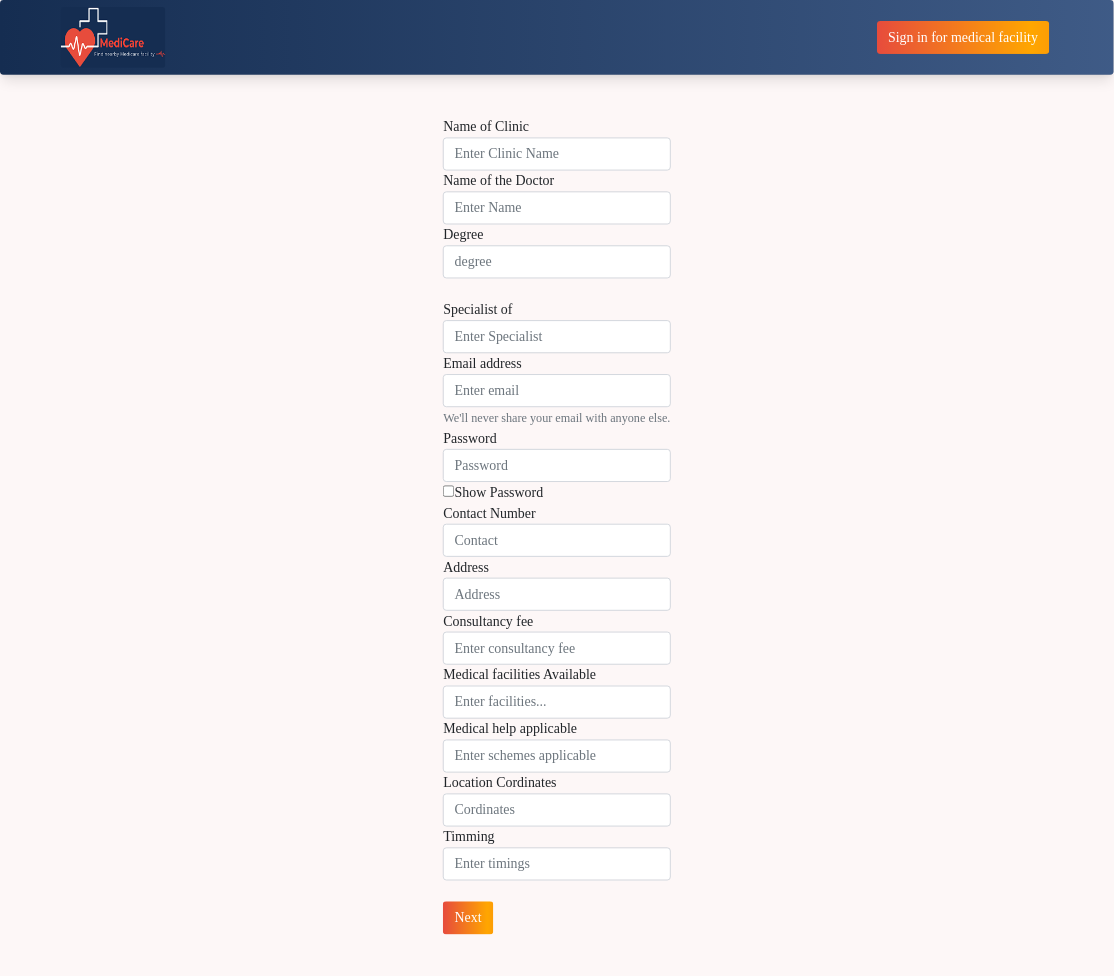
Repository: TanviRathore/Online-medicare-backend
Page: Medicare/WebContent/ClinicSignup.html
An editor plug-in stored every save of this project. The page is shown before and after the next save, followed by the edit.
The browser window is 1280 px wide. The pictures show the whole page, at 87% of full size.
Some web libraries are served in a nearby version.

Above is the page before, as saved 2022-04-11 17:14:47.

After the next save:
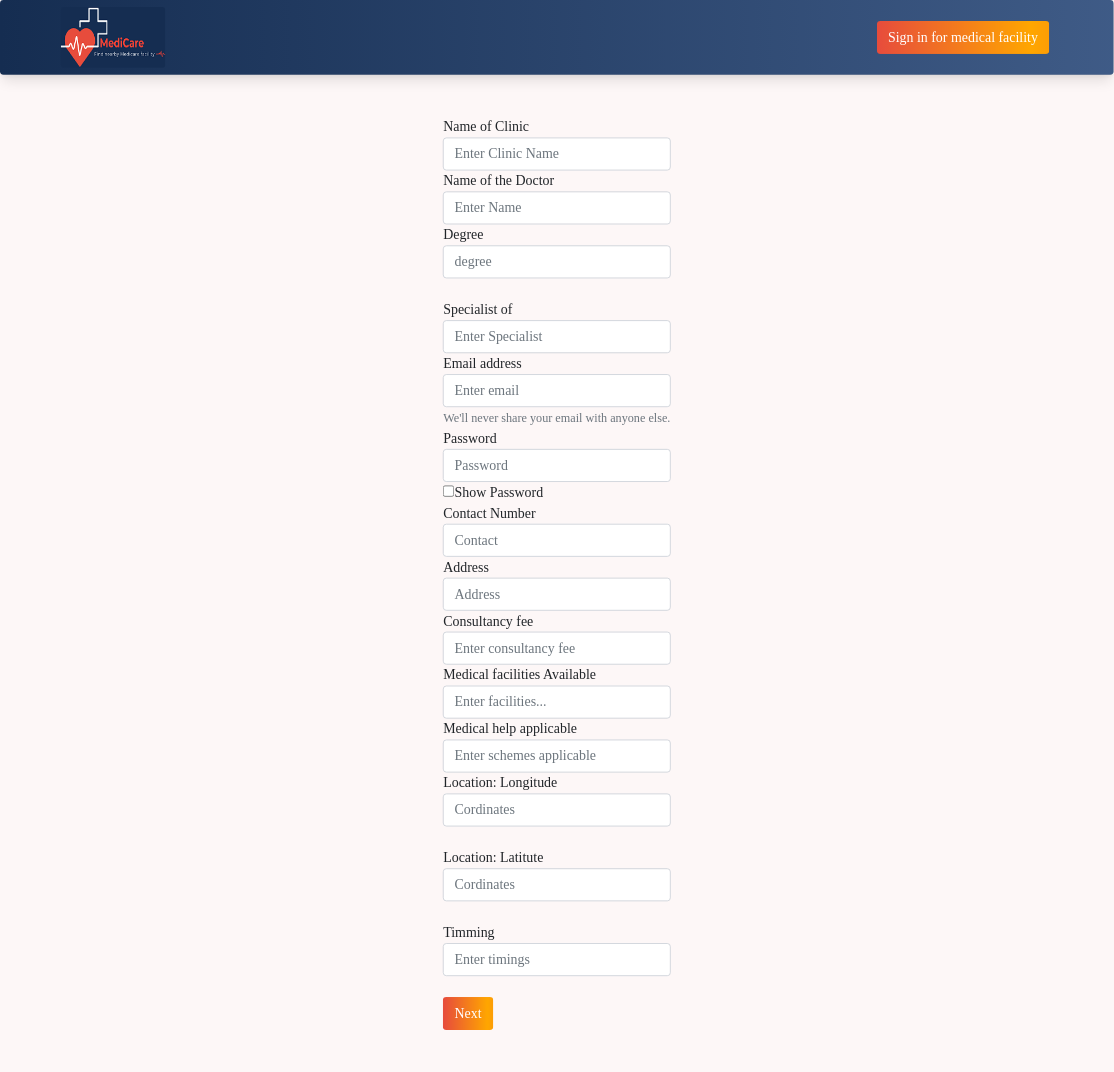
Saved 2 min 6 s later.
--- a/Medicare/WebContent/ClinicSignup.html
+++ b/Medicare/WebContent/ClinicSignup.html
@@ -97,9 +97,13 @@
                     <input type="text" class="form-control" id="help" name="help" placeholder="Enter schemes applicable">
                 </div>
                 <div class="form-group">
-                    <label for="Cordinates">Location Cordinates</label>
-                    <input type="text" class="form-control" id="Cordinates" name="location" placeholder="Cordinates" required>
-                </div>
+                    <label for="LCordinates">Location: Longitude</label>
+                    <input type="text" class="form-control" name="lon" id="LCordinates" placeholder="Cordinates" required>
+                </div><br>
+                <div class="form-group">
+                    <label for="LaCordinates">Location: Latitute</label>
+                    <input type="text" class="form-control" name="lat" id="LaCordinates" placeholder="Cordinates" required>
+                </div><br>
                 <div class="form-group">
                     <label for="time">Timming</label>
                     <input type="text" class="form-control" id="time" name="time" placeholder="Enter timings" required>
